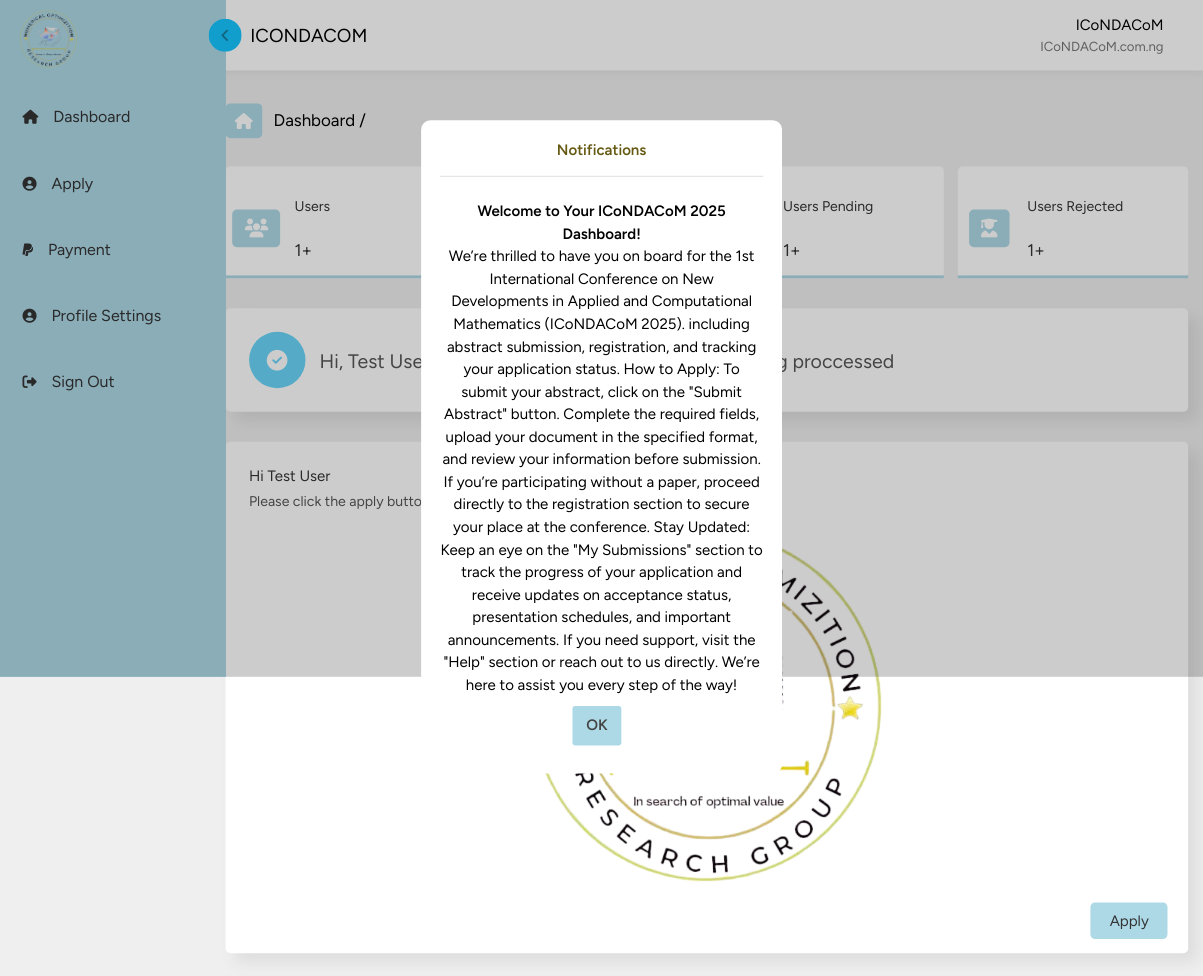
Repository: mrcode-gmb/aa-lectturn
Page: http://localhost/dashboard
The author's editor kept a copy of each file at every save. The page is drawn from the files as they stood at one save, then again after the next save.
The browser window is 1280 px wide. The pictures show the whole page, at 94% of full size.
The page is served by the project's Laravel application, run on PHP 8.4 with Laravel 10. A made-up administrator, Test User (test@example.com), is signed in. Other server files are loaded and not shown. Queries for data that is not in the repository find no rows.

Above is the page before, as saved 2025-02-07 10:23:36.

### routes/web.php
<?php

use App\Models\User;
use Illuminate\Support\Facades\Mail;
use Illuminate\Support\Facades\Route;
use App\Http\Controllers\ProfileController;
use App\Http\Controllers\ApplyCompetationController;

/*
|--------------------------------------------------------------------------
| Web Routes
|--------------------------------------------------------------------------
|
| Here is where you can register web routes for your application. These
| routes are loaded by the RouteServiceProvider and all of them will
| be assigned to the "web" middleware group. Make something great!
|
*/

Route::get('/', function () {
    return view('welcome');
});

Route::get('/dashboard', function () {
    return view('dashboard',
    [
        "allUsers" => User::where("role",2)->count(),
        "allPendingUsers" => User::where("status",1)->count(),
        "allApprovedUsers" => User::where("status",2)->count(),
        "allRejectedUsers" => User::where("status",3)->count(),
    ]);
})->middleware(['auth', 'verified'])->name('dashboard');

Route::middleware('auth')->group(function () {
    Route::get('/profile', [ProfileController::class, 'edit'])->name('profile.edit');
    Route::patch('/profile', [ProfileController::class, 'update'])->name('profile.update');
    Route::delete('/profile', [ProfileController::class, 'destroy'])->name('profile.destroy');

    Route::controller(ApplyCompetationController::class)->group(function () {
        Route::get("/apply", "index")->name("apply");
        Route::get("/users/applied", "showAppliedUsers")->name("apply.showAppliedUsers");
        Route::get("/users/payment/histories", "showPaymentHistories")->name("apply.showPaymentHistories");
        Route::get("/users/all", "showAlldUsers")->name("all.showAppliedUsers");
        Route::post("apply/store", "store")->name("apply.store");
        Route::post("apply/update", "update")->name("apply.update");
        Route::post("apply/payment-status", "paymentStatus")->name("apply.paymentStatus");
        Route::get("/payment/user", "userPayment")->name("userPayment");
        Route::post("/payment/payment", "userPaymentPayment")->name("userPaymentPayment");
    });
});

require __DIR__ . '/auth.php';

### app/Models/User.php
<?php

namespace App\Models;

// use Illuminate\Contracts\Auth\MustVerifyEmail;
use Illuminate\Database\Eloquent\Factories\HasFactory;
use Illuminate\Foundation\Auth\User as Authenticatable;
use Illuminate\Notifications\Notifiable;
use Laravel\Sanctum\HasApiTokens;

class User extends Authenticatable
{
    use HasApiTokens, HasFactory, Notifiable;

    /**
     * The attributes that are mass assignable.
     *
     * @var array<int, string>
     */
    protected $fillable = [
        'name',
        'email',
        "status",
        'password',
    ];

    /**
     * The attributes that should be hidden for serialization.
     *
     * @var array<int, string>
     */
    protected $hidden = [
        'password',
        'remember_token',
    ];

    /**
     * The attributes that should be cast.
     *
     * @var array<string, string>
     */
    protected $casts = [
        'email_verified_at' => 'datetime',
        'password' => 'hashed',
    ];

    public function userApplied()
    {
        return $this->hasOne(ApplyCompetation::class);
    }
    public function payment()
    {
        return $this->hasOne(Payment::class);
    }
}

### resources/views/dashboard.blade.php
<x-app-layout>
    <div>
        <section id="mainbody">
            <div class="main-body">
                <div class="str">
                    <div class="str-home">
                        <i class="fa fa-home"></i>
                        <div class="db">
                            <h4>Dashboard / &nbsp;</h4>
                            <p></p>
                        </div>
                    </div>
                </div>
                <div>
                    <div class="tabs" id="tabls">
                        <div class="">
                            <div class="container-fluiding">
                                <div class="col-md-3">
                                    <div class="icon-flex">
                                        <div class="left">
                                            <i class="fa fa-users"></i>
                                        </div>
                                        <div class="right">
                                            <h4>Users</h4>
                                            <p class="percent" id="percent">0%</p>
                                        </div>
                                    </div>
                                    <div class="loader">
                                        <div class="shows" id="shows"></div>
                                    </div>
                                </div>
                                <div class="col-md-3">
                                    <div class="icon-flex">
                                        <div class="left">
                                            <i class="fa fa-hand-point-right"></i>
                                        </div>
                                        <div class="right">
                                            <h4>Users Approved</h4>
                                            <p class="percent" id="percent1">0%</p>
                                        </div>
                                    </div>
                                    <div class="loader">
                                        <div class="shows" id="shows1"></div>
                                    </div>
                                </div>
                                <div class="col-md-3">
                                    <div class="icon-flex">
                                        <div class="left">
                                            <i class="fa fa-money-check-alt"></i>
                                        </div>
                                        <div class="right">
                                            <h4>Users Pending</h4>
                                            <p class="percent" id="percent2">0%</p>
                                        </div>
                                    </div>
                                    <div class="loader">
                                        <div class="shows" id="shows2"></div>
                                    </div>
                                </div>
                                <div class="col-md-3">
                                    <div class="icon-flex">
                                        <div class="left">
                                            <i class="fa fa-user-graduate"></i>
                                        </div>
                                        <div class="right">
                                            <h4>Users Rejected</h4>
                                            <p class="percent" id="percent3">0%</p>
                                        </div>
                                    </div>
                                    <div class="loader">
                                        <div class="shows" id="shows3"></div>
                                    </div>
                                </div>
                            </div>
                        </div>
                        <x-auth-session-status class="mb-4" :status="session('status')" />
                        @if (Auth::user()->status != 0)
                            @if (Auth::user()->status == 1)
                                <div class="full-chart">
                                    <div class="chart-title flex-class">
                                        <div class="circle-pending">
                                            <i class="fa fa-check-circle"></i>
                                        </div>
                                        <div class="circle-text">
                                            <p>Hi, {{ Auth::user()->name }}, Congratulation your application is being
                                                proccessed </p>
                                        </div>
                                    </div>
                                </div>
                            @elseif (Auth::user()->status == 2)
                                <div class="full-chart">
                                    <div class="chart-title flex-class">
                                        <div class="circle-success">
                                            <i class="fa fa-check-circle"></i>
                                        </div>
                                        <div class="circle-text">
                                            <p>Hi, {{ Auth::user()->name }}, Congratulation your application has been
                                                approved.
                                            </p>
                                        </div>
                                    </div>
                                </div>
                            @elseif (Auth::user()->status == 3)
                                <div class="full-chart">
                                    <div class="chart-title flex-class">
                                        <div class="circle-rejected">
                                            <i class="fa fa-check-circle"></i>
                                        </div>
                                        <div class="circle-text">
                                            <p>Hi, {{ Auth::user()->name }}, Sorry your application cannot be
                                                considered.
                                            </p>
                                        </div>
                                    </div>
                                </div>
                            @else
                            @endif
                        @endif
                    </div>
                </div>

                @if (Auth::user()->role == 1)
                    <div>
                        <div class="tabs" id="tabls">
                            <div class="full-chart">
                                <div class="chart-title">
                                    <h3>Hi {{ Auth::user()->name }} (Super Admin)</h3>
                                    <p>Please click the manage users button to view, approved, or reject user who apply
                                    </p>
                                </div>
                                <div class="dont-have">
                                    <img src="{{ asset('asset/photos/WhatsApp_Image_2024-10-23_at_8.20.45_PM-removebg-preview.png') }}"
                                        alt="">
                                </div>
                                <div class="create-app">
                                    <a href="apply">
                                        Manage Users
                                    </a>
                                </div>
                            </div>
                            <br>
                        </div>
                    </div>
                @else
                    <div>
                        <div class="tabs" id="tabls">
                            <div class="full-chart">
                                <div class="chart-title">
                                    <h3>Hi {{ Auth::user()->name }}</h3>
                                    <p>Please click the apply button to apply</p>
                                </div>
                                <div class="dont-have">
                                    <img src="{{ asset('asset/photos/WhatsApp_Image_2024-10-23_at_8.20.45_PM-removebg-preview.png') }}"
                                        alt="">
                                </div>
                                <div class="create-app">
                                    <a href="apply">
                                        Apply
                                    </a>
                                </div>
                            </div>
                            <br>
                        </div>
                    </div>
                @endif
                <!-- end design dashboard content  -->
            </div>
        </section>
    </div>
    <div class="modal d-nones text-center font-bold" id="modal">
        <div class="modal-dialog">
            <div class="modal-head">
                <p><b>Notifications</b> </p>
            </div>
            <form class="modal-body">
                <p>
                    <b>Welcome to Your ICoNDACoM 2025 Dashboard!</b> <br>
We’re thrilled to have you on board for the 1st International Conference on New Developments in Applied and Computational Mathematics (ICoNDACoM 2025).  including abstract submission, registration, and tracking your application status.

How to Apply:
To submit your abstract, click on the "Submit Abstract" button. Complete the required fields, upload your document in the specified format, and review your information before submission. If you’re participating without a paper, proceed directly to the registration section to secure your place at the conference.

Stay Updated:
Keep an eye on the "My Submissions" section to track the progress of your application and receive updates on acceptance status, presentation schedules, and important announcements. If you need support, visit the "Help" section or reach out to us directly. We’re here to assist you every step of the way!


                </p>
                <div class="modal-footer text-center">
                    <button type="button" onclick="modalDismiss()">OK</button>
                </div>
            </form>
        </div>
    </div>
    <script>
        const modalDismiss = ()=>{
            document.querySelector("#modal").style.display = "none";
        }
        window.onclick = (e)=>{
            const modal = document.getElementById("modal")
            if(e.target == modal){
                document.querySelector("#modal").style.display = "none";
            }
        }
        window.onload = () => {
            let loader = document.querySelector(".shows"),
                percent = document.querySelector("#percent");

            let loaderStart = 0,
                loaderEnd = {{ $allUsers < 1 ? 1 : $allUsers }},
                loaderTime = 60;

            let start = setInterval(() => {
                loaderStart++;

                percent.textContent = loaderStart + '+';
                loader.style.width = `${loaderStart}`;
                loader.style.background = `rgb(173, 216, 230)`;


                if (loaderStart == loaderEnd) {
                    clearInterval(start);
                }
            }, loaderTime);


            let loader1 = document.querySelector("#shows1"),
                percent1 = document.querySelector("#percent1");

            let loaderStart1 = 0,
                loaderEnd1 = {{ $allApprovedUsers < 1 ? 1 : $allApprovedUsers }},
                loaderTime1 = 60;

            let start1 = setInterval(() => {
                loaderStart1++;

                percent1.textContent = loaderStart1 + '+';
                loader1.style.width = `${loaderStart1}`;
                loader1.style.background = `rgb(173, 216, 230)`;


                if (loaderStart1 == loaderEnd1) {
                    clearInterval(start1);
                }
            }, loaderTime1);




            let loader2 = document.querySelector("#shows2"),
                percent2 = document.querySelector("#percent2");

            let loaderStart2 = 0,
                loaderEnd2 = {{ $allPendingUsers < 1 ? 1 : $allPendingUsers }},
                loaderTime2 = 60;

            let start2 = setInterval(() => {
                loaderStart2++;

                percent2.textContent = loaderStart2 + '+';
                loader2.style.width = `${loaderStart2}`;
                loader2.style.background = `rgb(173, 216, 230)`;


                if (loaderStart2 == loaderEnd2) {
                    clearInterval(start2);
                }
            }, loaderTime2);


            let loader3 = document.querySelector("#shows3"),
                percent3 = document.querySelector("#percent3");

            let loaderStart3 = 0,
                loaderEnd3 = {{ $allRejectedUsers < 1 ? 1 : $allRejectedUsers }},
                loaderTime3 = 60;

            let start3 = setInterval(() => {
                loaderStart3++;

                percent3.textContent = loaderStart3 + '+';
                loader3.style.width = `${loaderStart3}`;
                loader3.style.background = `rgb(173, 216, 230)`;


                if (loaderStart3 == loaderEnd3) {
                    clearInterval(start3);
                }
            }, loaderTime3);

        }
    </script>
</x-app-layout>

### resources/views/components/auth-session-status.blade.php
@props(['status'])

@if ($status)
    <div {{ $attributes->merge(['class' => 'font-medium text-sm text-green-600 dark:text-green-400 alert-success']) }}>
        <i class="fa fa-check-circle"></i>&nbsp;{{ $status }}
    </div>
@endif

Loaded but not shown: routes/auth.php (common file); app/Http/Controllers/Auth/EmailVerificationPromptController.php (common file); app/Http/Controllers/Controller.php (common file); app/Http/Controllers/Auth/VerifyEmailController.php (common file); app/View/Components/AppLayout.php (common file); public/asset/fontawesome-free/css/all.min.css (library); public/asset/fontawesome-free/css/all.css (library); public/asset/styles.css (1619 lines, source omitted); public/asset/form.css (503 lines, source omitted); resources/views/layouts/app.blade.php (123 lines, source omitted); resources/views/layouts/navigation.blade.php (128 lines, source omitted)

After the next save:
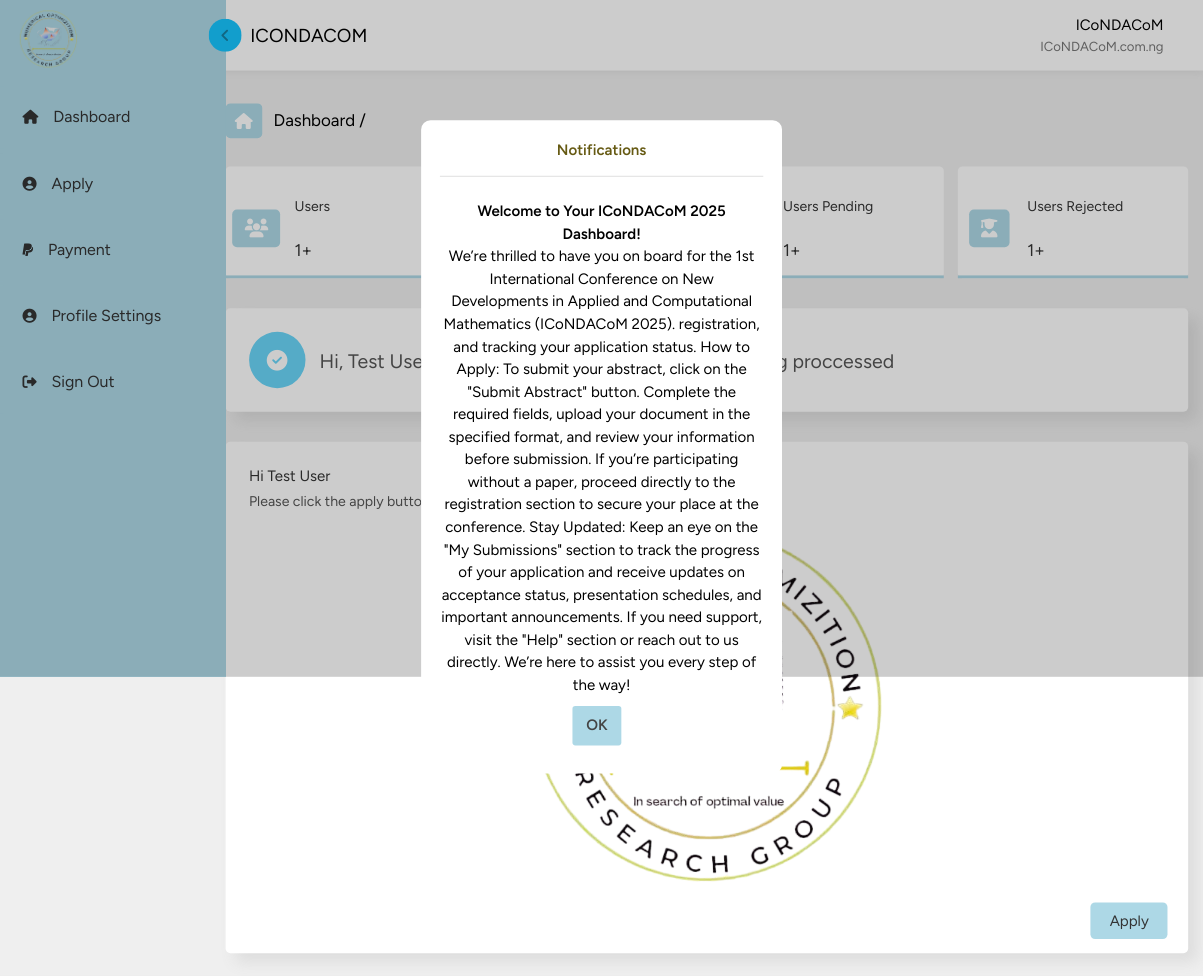
Saved 6 s later.
--- a/resources/views/dashboard.blade.php
+++ b/resources/views/dashboard.blade.php
@@ -175,7 +175,7 @@
             <form class="modal-body">
                 <p>
                     <b>Welcome to Your ICoNDACoM 2025 Dashboard!</b> <br>
-We’re thrilled to have you on board for the 1st International Conference on New Developments in Applied and Computational Mathematics (ICoNDACoM 2025).  including abstract submission, registration, and tracking your application status.
+We’re thrilled to have you on board for the 1st International Conference on New Developments in Applied and Computational Mathematics (ICoNDACoM 2025).  registration, and tracking your application status.
 
 How to Apply:
 To submit your abstract, click on the "Submit Abstract" button. Complete the required fields, upload your document in the specified format, and review your information before submission. If you’re participating without a paper, proceed directly to the registration section to secure your place at the conference.
